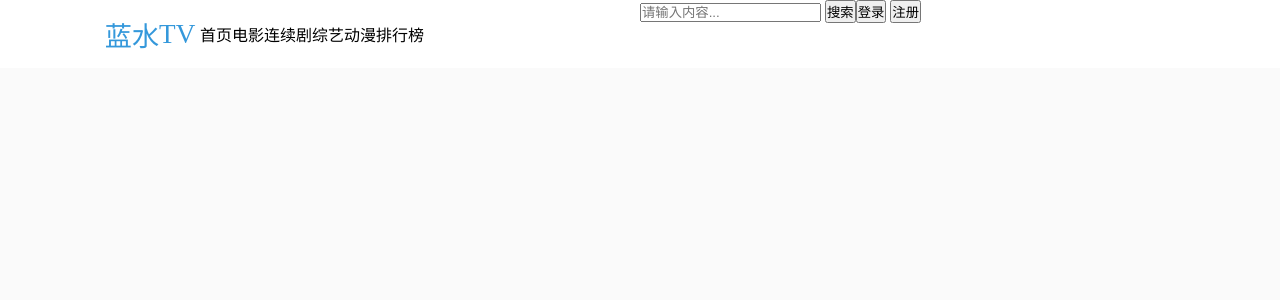
Repository: 842992406/blueWaterTV
Page: index.html
These files come from the project's save history. The page is drawn as it stood at one moment and after the next save; the edit follows.
The browser window is 1280 px wide. The pictures show the whole page.

Above is the page before, as saved 2022-05-05 15:35:43.

After the next save:
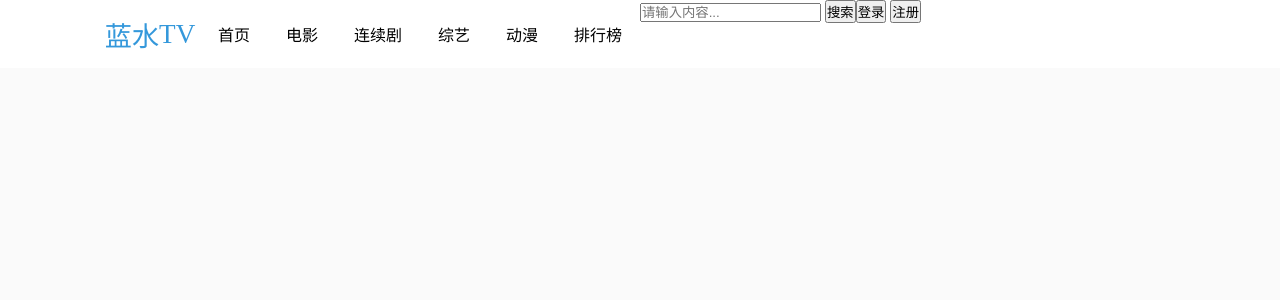
Saved 52 s later.
--- a/css/index.css
+++ b/css/index.css
@@ -69,6 +69,6 @@ header{
 }
 
 .changeBox>ul li{
-  display: flex;
+  margin: 0 18px;
 
 }
